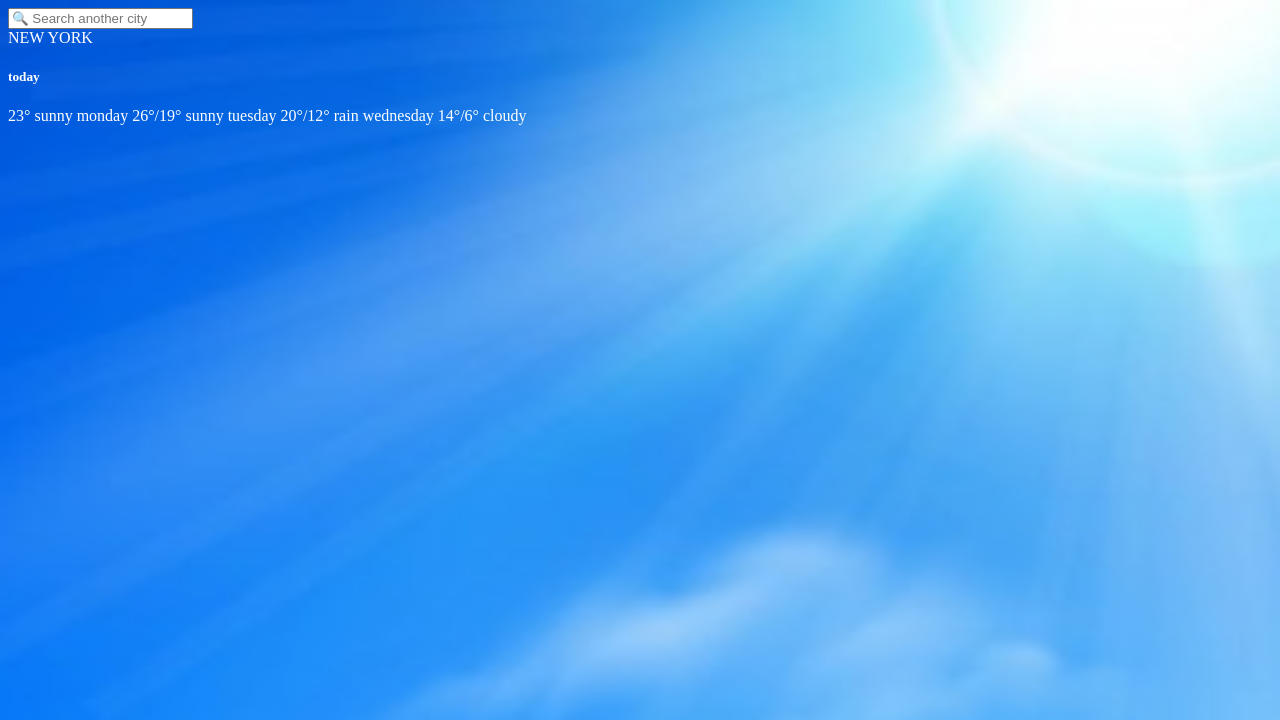
Repository: liav13/WeatherTast
Page: index.html
An editor plug-in stored every save of this project. The page is shown before and after the next save, followed by the edit.
The browser window is 1280 px wide. The pictures show the whole page.
The style sheet was rebuilt from its Sass, Less or Tailwind sources for each picture, by a compiler version that may differ from the author's.

Above is the page before, as saved 2019-07-13 13:46:45.

### index.html
<html lang="en">
    <head>
        <meta charset="UTF-8">
        <meta name="viewport" content="width=device-width, initial-scale=1.0">
        <meta http-equiv="X-UA-Compatible" content="ie=edge">
        <link href="https://fonts.googleapis.com/css?family=Work+Sans&display=swap" rel="stylesheet">
        <link rel="stylesheet" href="./css/style.css">
        <title>Document</title>
    </head>
    <body>

        <header>
        <input type="text" placeholder="&#128269; Search another city">
        </header>



        <section>
            <span class="loction"> NEW YORK <h5>today</h5> 23&#176; sunny </span>
            <!-- לתפוס כל חלק בניפרד בץוך הספרן -->
            <span class="weater"> monday 26&#176;/19&#176; sunny</span>
            <span class="weater"> tuesday 20&#176;/12&#176; rain</span>
            <span class="weater"> wednesday 14&#176;/6&#176; cloudy</span>
        </section>


    </body>
    </html>

### styles/style.scss
$primaryColor: white;
$backgroundImg:url("/img/sky.png") ;


@import "./backgroundimg";

*{
    color: $primaryColor;
}

### styles/_backgroundimg.scss
@mixin flexCenter{
    display: flex;
    justify-content: center;
    align-items: center;
    };

body{
    background-color:black;
    background-image: $backgroundImg;
    background-repeat: no-repeat;
    background-size:100% 100%;
}
input{
    @include flexCenter();
}

After the next save:
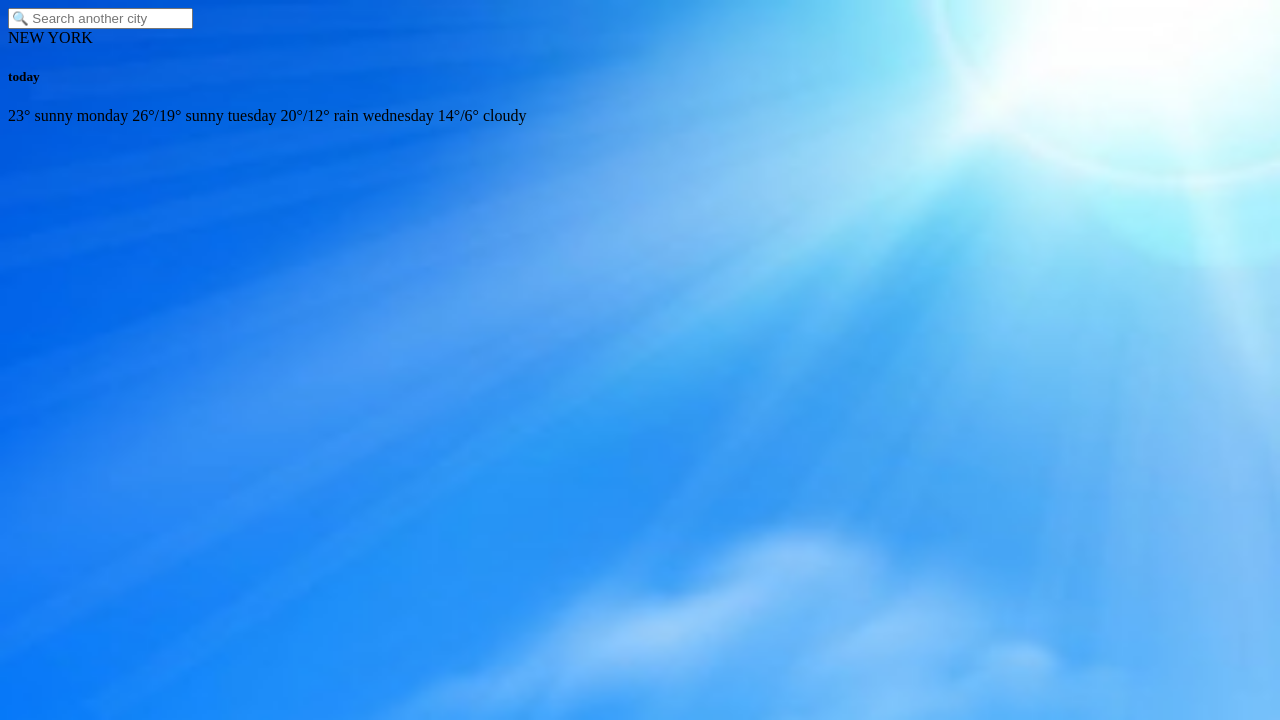
Saved 5 s later.
--- a/styles/style.scss
+++ b/styles/style.scss
@@ -3,7 +3,3 @@
 
 
 @import "./backgroundimg";
-
-*{
-    color: $primaryColor;
-}
